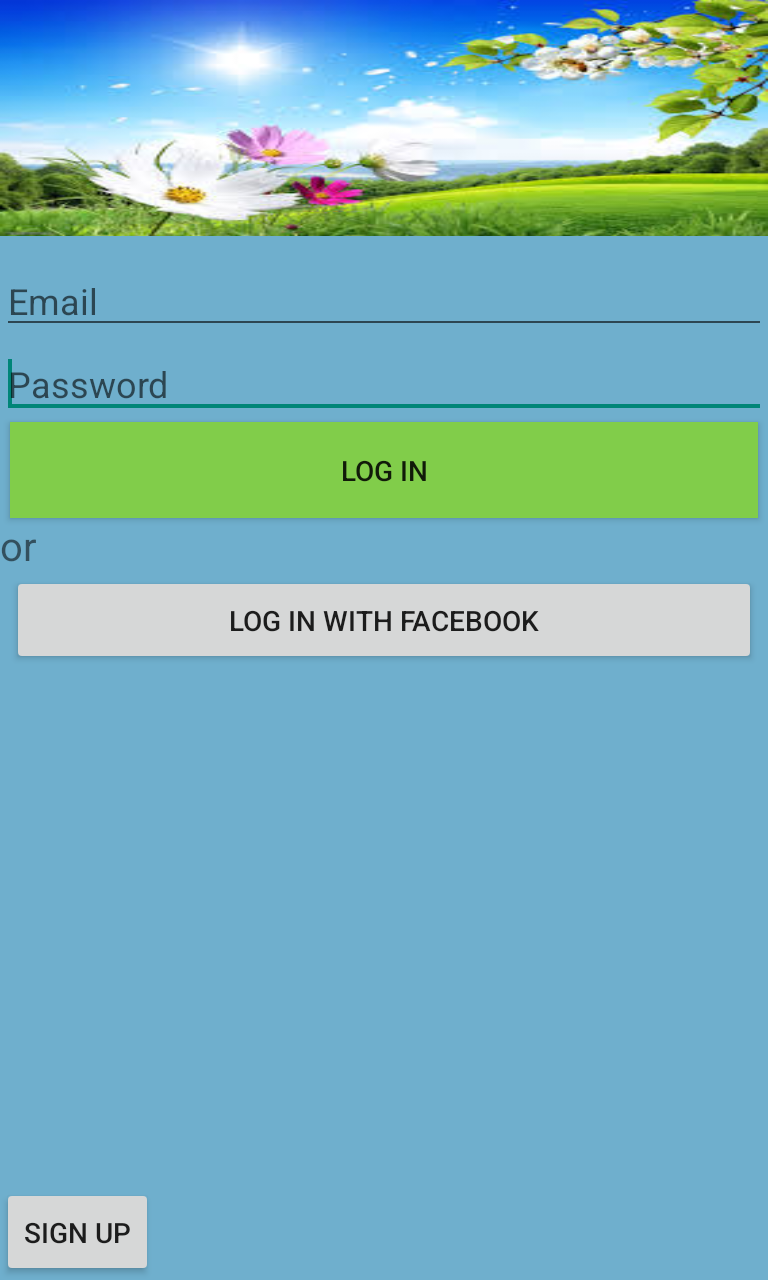
Repository: adarshnair13/my-project
Layout: ash/res/layout/activity_main.xml
These files come from the project's save history. The layout is drawn as it stood at one moment and after the next save; the edit follows.
It is drawn on a 768 x 1280 px phone screen (xhdpi) without system bars, with theme AppTheme; the app's code is not run.

Above is the layout before, as saved 2015-02-02 23:28:09.

After the next save:
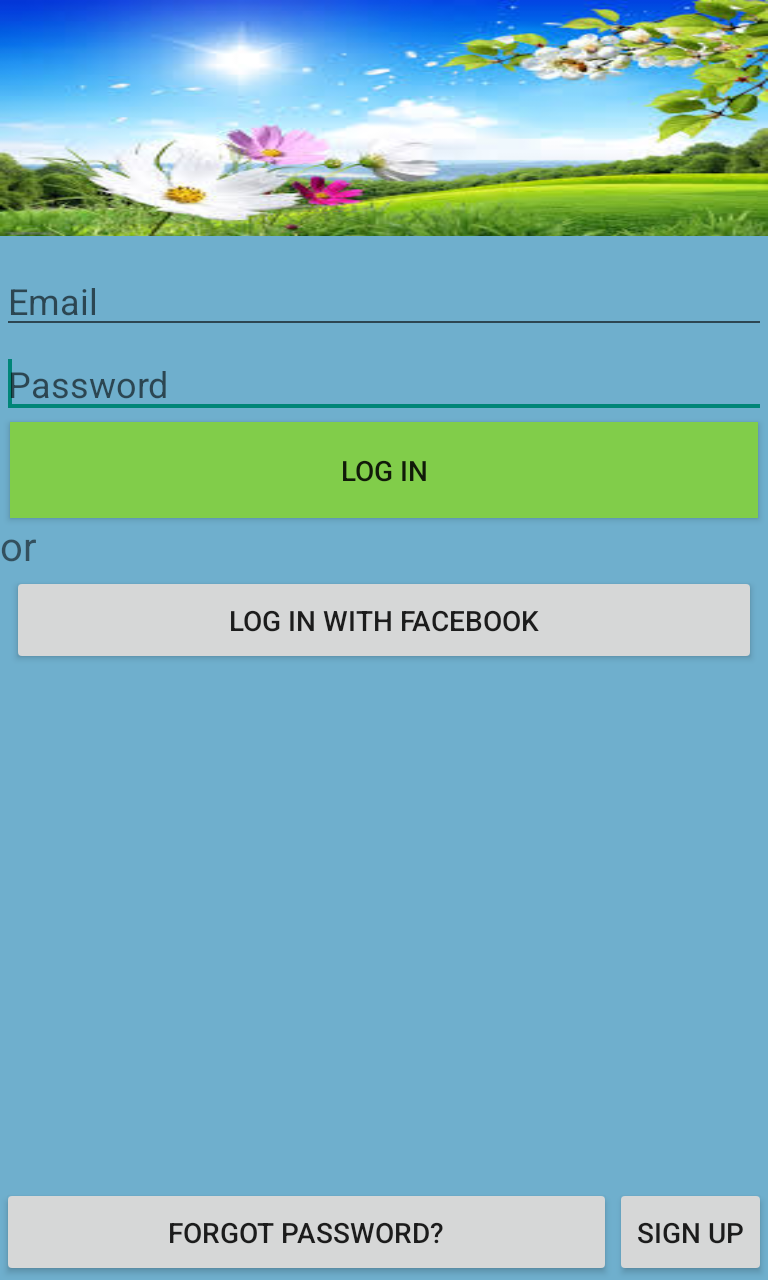
Saved 22 s later.
--- a/ash/res/layout/activity_main.xml
+++ b/ash/res/layout/activity_main.xml
@@ -22,6 +22,7 @@
         style="?android:attr/buttonStyleSmall"
         android:layout_width="wrap_content"
         android:layout_height="wrap_content"
+        android:layout_alignParentRight="true"
         android:layout_alignParentBottom="true"
         android:text="Sign Up" />
 
